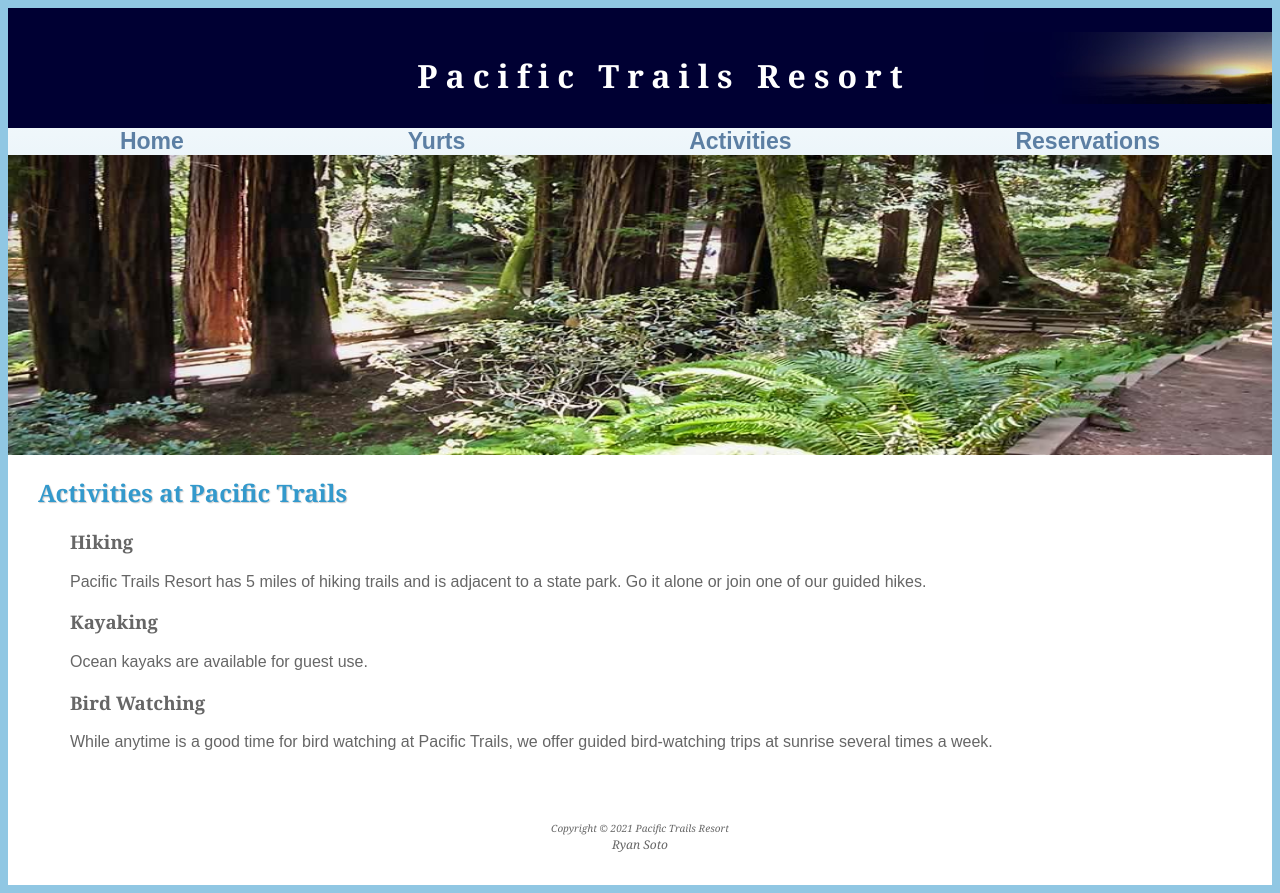
Repository: rsoto003/web-dev-152
Page: dist/assignments/chapter8/ch8pacific/activities.html
An editor plug-in stored every save of this project. The page is shown before and after the next save, followed by the edit.
The browser window is 1280 px wide. The pictures show the whole page.
Some web libraries are served in a nearby version.

Above is the page before, as saved 2021-07-25 22:28:37.

After the next save:
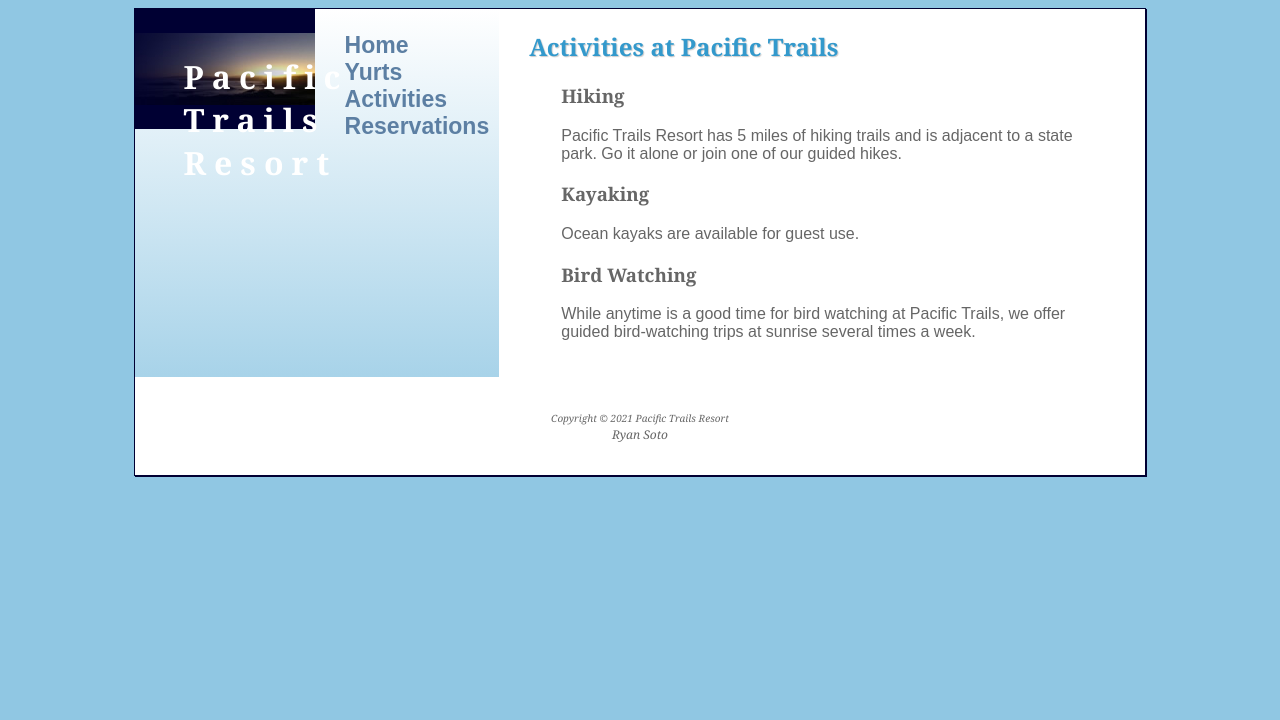
Saved 6 min 51 s later.
--- a/dist/assignments/chapter8/ch8pacific/pacific.css
+++ b/dist/assignments/chapter8/ch8pacific/pacific.css
@@ -173,3 +173,24 @@ footer {
         grid-column: 1/5;
     }
 }
+
+@media (min-width: 1024px){
+    nav ul {
+        display: flex;
+        flex-flow:  column;
+        padding-top: 1em;
+    }
+    nav {
+        text-align: left;
+        padding-left: 1em;
+    }
+    #wrapper {
+        margin: auto;
+        width: 80%;
+        border: 1px solid #000033;
+        box-shadow: 1px 1px #000033;
+        display: grid;
+        grid-template-columns: 180px auto;
+        grid-template-rows: auto;
+    }
+}
